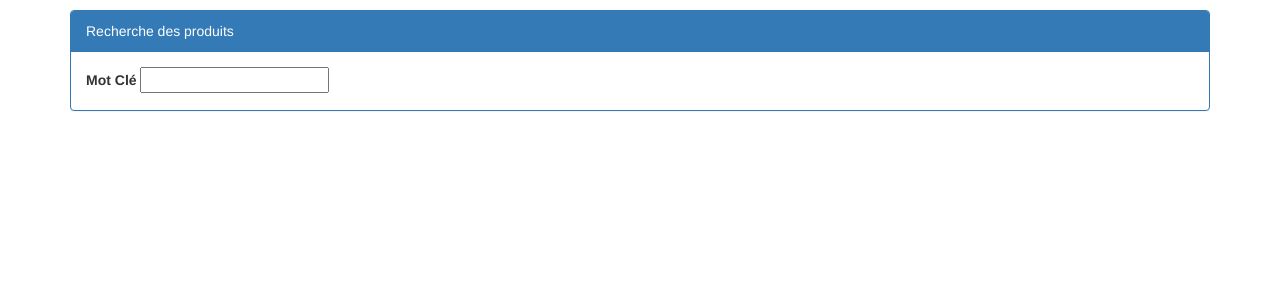
Repository: lamyita/App_Add_Product
Page: http://localhost/TP_CAT/index.do
The author's editor kept a copy of each file at every save. The page is drawn from the files as they stood at one save, then again after the next save.
The browser window is 1280 px wide. The pictures show the whole page.
The page is served by Tomcat 9. Other server files are loaded and not shown.

Above is the page before, as saved 2021-02-03 14:14:09.

### larchitecture JEE/TP_CAT/WebContent/produits.jsp

<!DOCTYPE html>
<html>
<head>
<meta charset="ISO-8859-1">
<title>Produits</title>
<link rel="stylesheet" href="https://maxcdn.bootstrapcdn.com/bootstrap/3.3.7/css/bootstrap.min.css" integrity="sha384-BVYiiSIFeK1dGmJRAkycuHAHRg32OmUcww7on3RYdg4Va+PmSTsz/K68vbdEjh4u" crossorigin="anonymous">
</head>
<body>
<p></p>
<div class="container com-md-10">
<div class="panel panel-primary">
<div class="panel-heading"> Recherche des produits</div>
<div class="panel-body">
<form action="chercher.do" method="get">
<label>Mot Clé</label>
<input  type="text" name="motCle"/>


</form>


</div>

</div>

</div>
</body>
</html>

### larchitecture JEE/TP_CAT/src/web/ControleurServlet.java
package web;

import java.io.IOException;

import javax.servlet.ServletException;
import javax.servlet.http.HttpServlet;
import javax.servlet.http.HttpServletRequest;
import javax.servlet.http.HttpServletResponse;

import dao.IProduitDao;
import dao.ProduitDaoImpl;

public class ControleurServlet extends HttpServlet{

	private IProduitDao metier;
	@Override
	public void init() throws ServletException {

		metier=new ProduitDaoImpl();


	}
	@Override
	protected void doGet(HttpServletRequest request, HttpServletResponse response)
			throws ServletException, IOException {
		request.getRequestDispatcher("produits.jsp").forward(request, response);

	}


}

### larchitecture JEE/TP_CAT/src/dao/ProduitDaoImpl.java
package dao;

import java.sql.Connection;
import java.sql.PreparedStatement;
import java.sql.ResultSet;
import java.sql.SQLException;
import java.util.ArrayList;
import java.util.List;

import metier.entities.Produit;

public class ProduitDaoImpl implements IProduitDao {

	@Override
	public Produit save(Produit p) {
		Connection connection=SingletonConnection.getMyConnexion();
		try {
			PreparedStatement ps=connection.prepareStatement("INSERT INTO PRODUITS (DESIGNATION,PRIX,QUANTITE) VALUES(?,?,?)");

		ps.setString(1, p.getDesignation());
		ps.setDouble(2, p.getPrix());
		ps.setInt(3, p.getQuantite());
		ps.executeUpdate();

		PreparedStatement ps2=connection.prepareStatement("SELECT MAX(ID) AS MAX_ID FROM PRODUITS");
		ResultSet rs=ps2.executeQuery();
		if(rs.next()) {
			p.setId(rs.getLong("MAX_ID"));
		}

		ps.close();
		//connection.close();
		} catch (SQLException e) {
			e.printStackTrace();
		}
		return p;
	}

	@Override
	public List<Produit> produitsParMC(String mc) {
		List<Produit> produits=new ArrayList<Produit>();
		Connection connection=SingletonConnection.getMyConnexion();
		try {
			PreparedStatement ps=connection.prepareStatement("SELECT * FROM produits where produits.designation LIKE ?");
			ps.setString(1, mc);
			ResultSet rs=ps.executeQuery();
			while(rs.next()) {
				Produit p=new Produit();
				p.setId(rs.getLong("ID"));
				p.setDesignation(rs.getString("DESIGNATION"));
				p.setPrix(rs.getDouble("PRIX"));
				p.setQuantite(rs.getInt("QUANTITE"));
				produits.add(p);


			}
		} catch (SQLException e) {

			e.printStackTrace();
		}

		return produits;
	}

	@Override
	public Produit getProduit(Long id) {
		return null;
	}

	@Override
	public Produit update(Produit p) {
		return null;
	}

	@Override
	public void deleteProduit(Long id) {
		// TODO Auto-generated method stub

	}



}

After the next save:
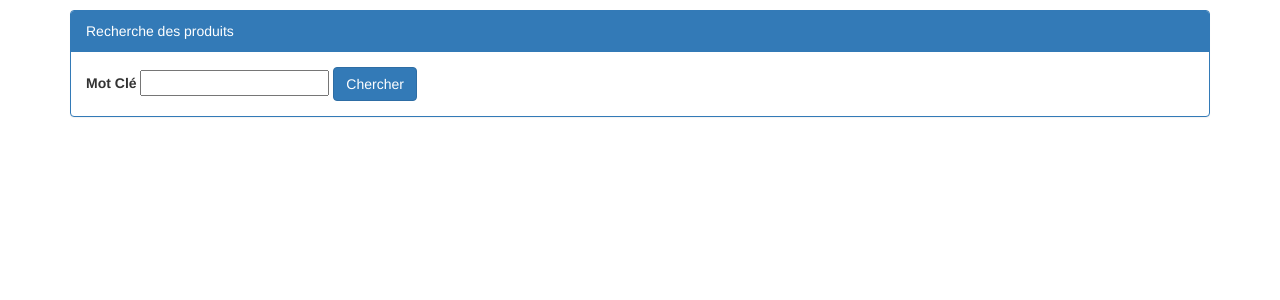
Saved 58 s later.
--- a/larchitecture JEE/TP_CAT/WebContent/produits.jsp
+++ b/larchitecture JEE/TP_CAT/WebContent/produits.jsp
@@ -15,6 +15,7 @@
 <form action="chercher.do" method="get">
 <label>Mot Clé</label>
 <input  type="text" name="motCle"/>
+<button type="submit" class="btn btn-primary">Chercher</button>
 
 
 </form>
